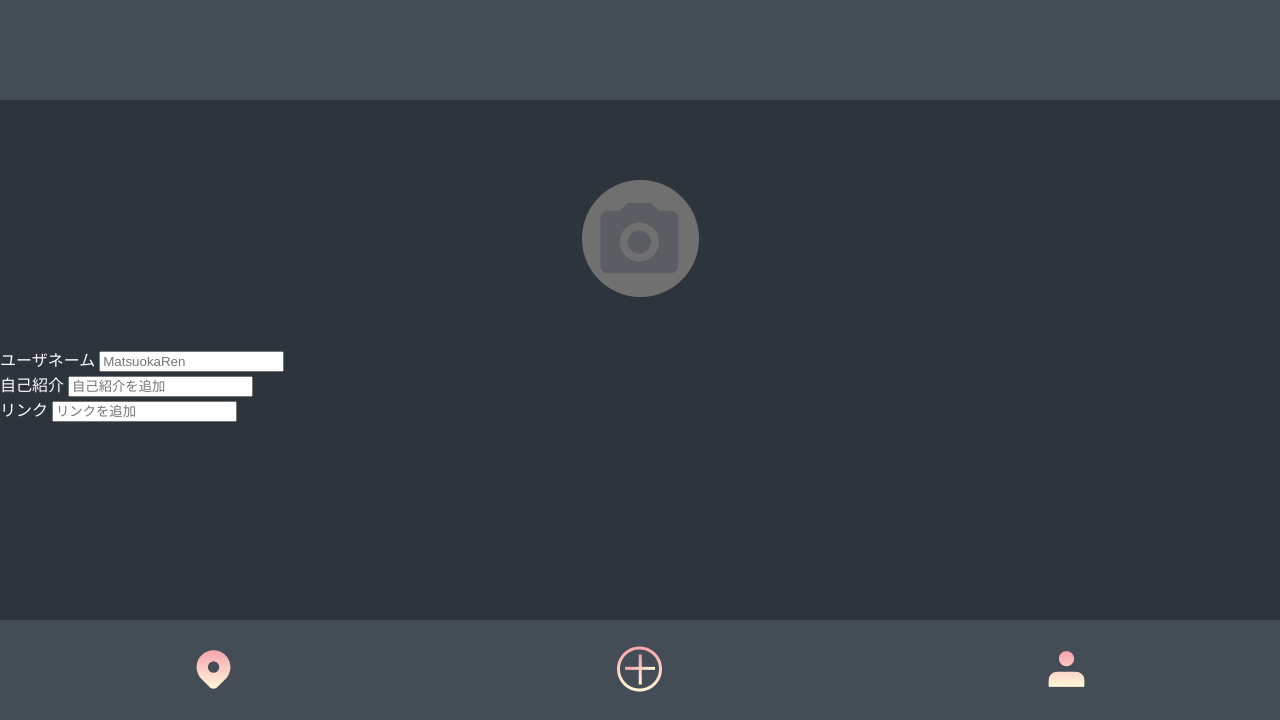
Repository: ren0714poo/respos
Page: edit.html
An editor plug-in stored every save of this project. The page is shown before and after the next save, followed by the edit.
The browser window is 1280 px wide. The pictures show the whole page.

Above is the page before, as saved 2025-07-17 14:03:36.

### edit.html
<!DOCTYPE html>
<html lang="ja">
<head>
  <meta charset="UTF-8">
  <meta name="viewport" content="width=device-width, initial-scale=1.0">
  <title>respos_edit</title>
  <link rel="stylesheet" href="css/edit.css">
</head>
<body>
  <header>
  </header>

  <main>
    <div class="edit_img"><img src="img/camera_chenge.png" alt="カエラ変更"></div>
    <div class="edit">
      ユーザネーム
      <input type="text" placeholder="MatsuokaRen"><br>
      自己紹介
      <input type="text" placeholder="自己紹介を追加"><br>
      リンク
      <input type="text" placeholder="リンクを追加">

    </div>
  </main>

  <footer>
    <button type="button" id="pin" onclick="location.href='top.html'"><img src="img/tabler_map-pin-filled.png" alt="ピン"></button>
    <button type="button"><img src="img/post.png" alt="投稿"></button>
    <button type="button" id="profile" onclick="location.href='profile.html'"><img src="img/icon-park-solid_people.png" alt="プロフィール"></button>
  </footer>

</body>
</html>

### css/edit.css
@media screen and (max-width:480px){


}

html, body {
  color: white;
  background: #2D343C;
  height: 100%;
  margin: 0;
  padding: 0;
  display: grid;
  grid-template-rows: 100px calc(100vh - 200px) 100px;
  grid-template-areas:
  "header"
  "main"
  "footer"
  ;
}



header{
  width: 100%;
  height: 100px;
  background: #444C55;
  display: flex;
  grid-area: header;
}




main{
  width: 100%;
  height: 100%;
  grid-area: main;
}

.edit {
  margin-top: 50px;
}

.edit_img {
  display: flex;
  flex-direction: column;
  align-items: center;
  margin-top: 80px;
}











footer {
  background: #444C55;
  display: flex;
  justify-content: space-around;
  align-items: center;
}

footer button {
  background: transparent;
  border: none;
}

After the next save:
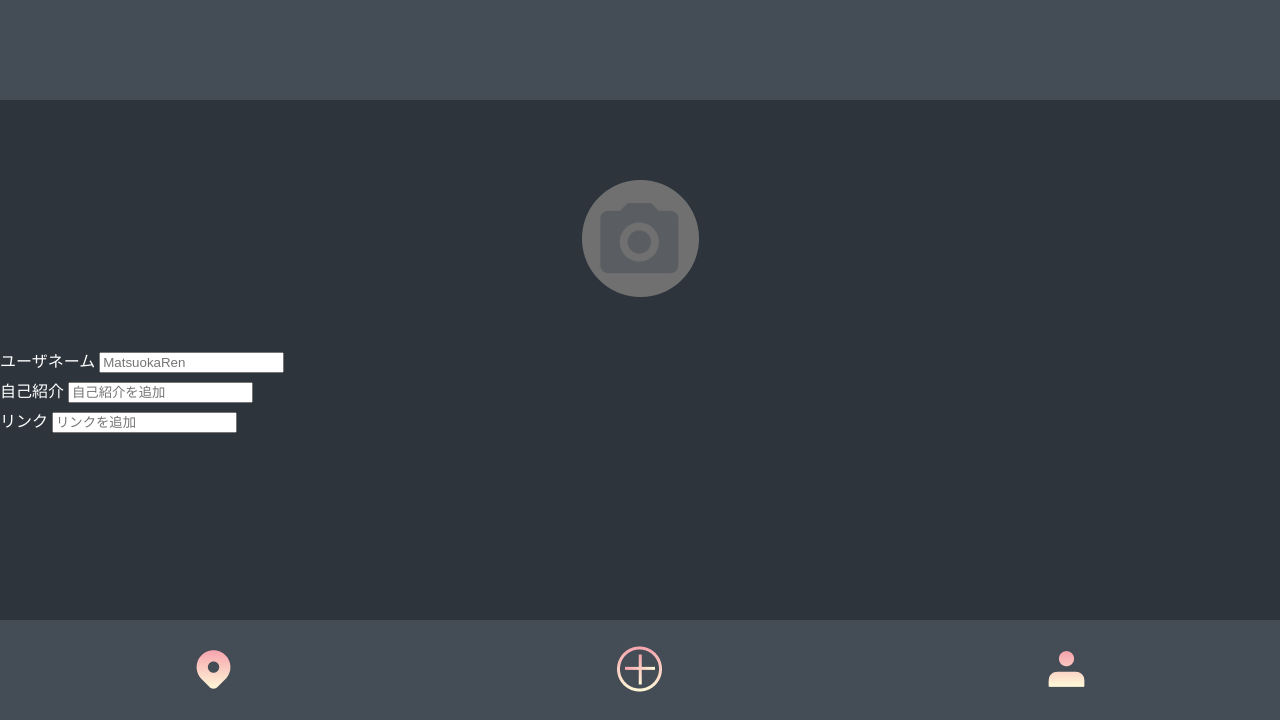
Saved 26 s later.
--- a/css/edit.css
+++ b/css/edit.css
@@ -39,6 +39,7 @@ main{
 
 .edit {
   margin-top: 50px;
+  line-height: 30px;
 }
 
 .edit_img {
